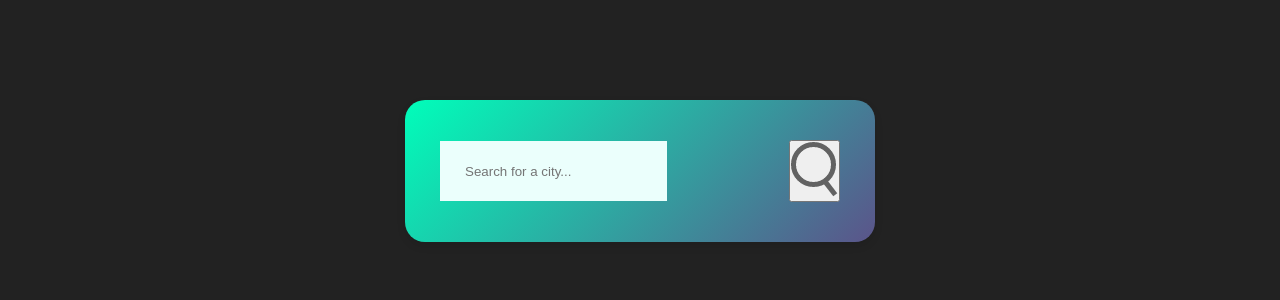
Repository: Abdelilah-Lakrim/Weather-App
Page: index.html
An editor plug-in stored every save of this project. The page is shown before and after the next save, followed by the edit.
The browser window is 1280 px wide. The pictures show the whole page.

Above is the page before, as saved 2025-06-17 11:06:07.

### index.html
<!DOCTYPE html>
<html>
<head>
    <meta charset="UTF-8" />
    <title>Weather App</title>
    <link rel="stylesheet" href="style.css" >
</head>
<body>

    <div class="card">
        <div class="search">
            <input type="text" placeholder="Search for a city..." spellcheck="false" />
            <button><img src="images/search.png"></button>
        </div>
    </div>

</body>
</html>

### style.css
*{
    margin: 0;
    padding: 0;
    font-family: 'Poppins', sans-serif;
    box-sizing: border-box;
}
body{
    background-color: #222;
    color: #333;
}
.card{
    width: 90%;
    max-width: 470px;
    background: linear-gradient(135deg, #00feba, #5b548a);
    color: #fff;
    margin: 100px auto  0;
    padding: 40px 35px;
    border-radius: 20px;
    box-shadow: 0 4px 8px rgba(0, 0, 0, 0.1);
    overflow: hidden;
    position: relative;
    text-align: center;
}
.search{
    width: 100%;
    display: flex;
    align-items: center;
    justify-content: space-between;
}

.search input{
    border: 0;
    outline: 0;
    background: #ebfffc;
    color: #333;
    padding: 10px 25px;
    height: 60px;
    border-raidus: 30px;

After the next save:
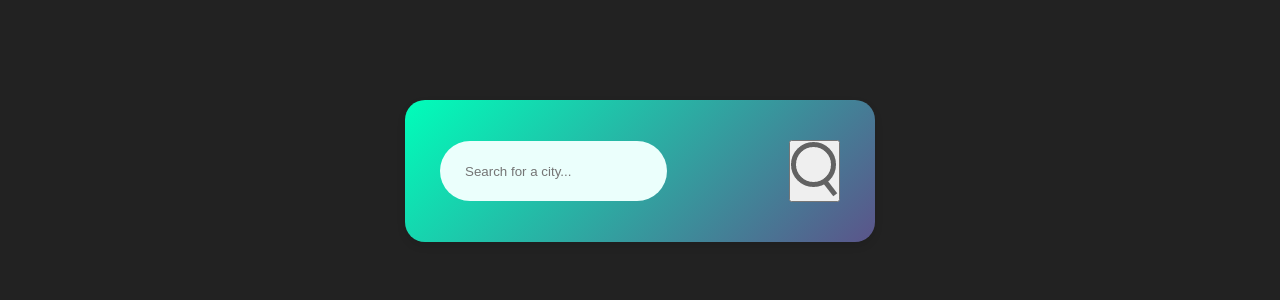
Saved 8 s later.
--- a/style.css
+++ b/style.css
@@ -35,4 +35,4 @@ body{
     color: #333;
     padding: 10px 25px;
     height: 60px;
-    border-raidus: 30px;
+    border-radius: 30px;
